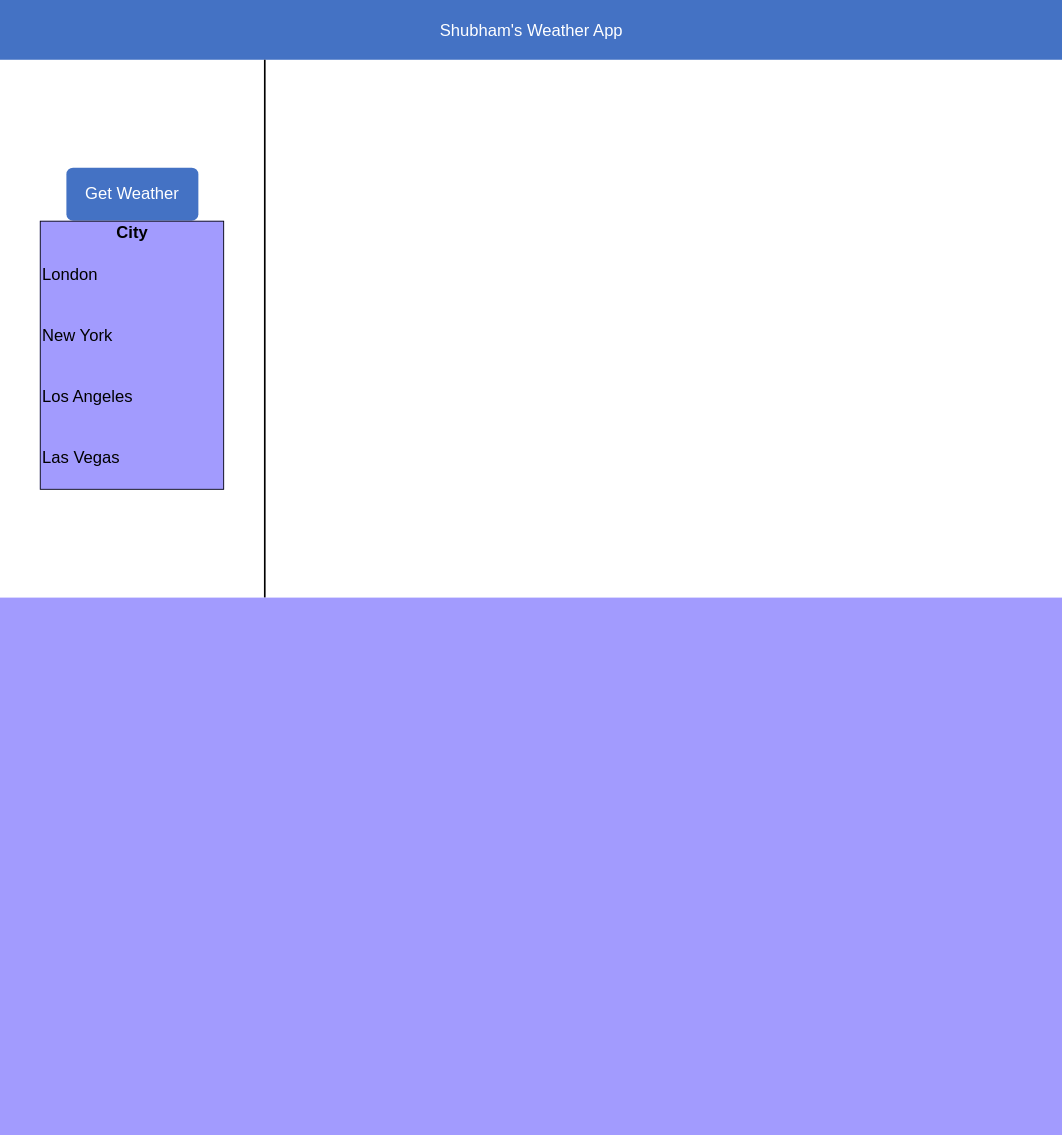
Repository: hey-shubham/WeatherAPI
Page: index.html
These files come from the project's save history. The page is drawn as it stood at one moment and after the next save; the edit follows.
The browser window is 1280 px wide. The pictures show the whole page, at 83% of full size.

Above is the page before, as saved 2022-03-28 20:38:37.

### index.html
<!DOCTYPE html>
<html lang="en">
  <head>
    <meta charset="UTF-8" />
    <meta http-equiv="X-UA-Compatible" content="IE=edge" />
    <meta name="viewport" content="width=device-width, initial-scale=1.0" />
    <title>Weather API</title>
    <script src="script.js" defer></script>
    <link rel="stylesheet" href="style.css" />
  </head>
  <body>
    <div class="weather-app">
      <header>Shubham's Weather App</header>
      <main>
        <aside>
          <button>Get Weather</button>
          <table>
            <thead>
              <tr>
                <th>City</th>
              </tr>
            </thead>
            <tbody>
              <tr>
                <td>London</td>
              </tr>
              <tr>
                <td>New York</td>
              </tr>
              <tr>
                <td>Los Angeles</td>
              </tr>
              <tr>
                <td>Las Vegas</td>
              </tr>
            </tbody>
          </table>
        </aside>
        <div class="content"></div>
      </main>
    </div>
  </body>
</html>

### style.css

*{
    margin: 0;
    padding: 0;
    box-sizing: border-box;
    font-family: sans-serif;
    font-size: 20px;
}
html,body{
    height: 100vh;
    width: 100vw;
}
.weather-app header{
    height: 10vh;
    background-color: #4472C4;
    display: flex;
    justify-content: center;
    align-items: center;
    color: #ffffff;
}
.weather-app main{
    height: 90vh;
    /* background-color: blue; */
}
.weather-app aside{
    height: 100%;
    width: 25%;
    border-right: 2px solid black;
    /* background-color: red; */
    display: flex;
    flex-direction: column;
    justify-content: center;
    align-items: center;
}
.weather-app aside button{
    height: 10%;
    width: 50%;
    border-radius: 8px;
    border-style: none;
    color: white;
    background-color: #4472C4;
}
aside table{
    height: 50%;
    width: 70%;
    background-color: #a29bfe;
    border: 1px solid black;
}
.weather-app .content{
    height: 100%;
    background-color: #a29bfe;
}

Loaded but not shown: script.js (no copy from this time; the picture is the same without it)

After the next save:
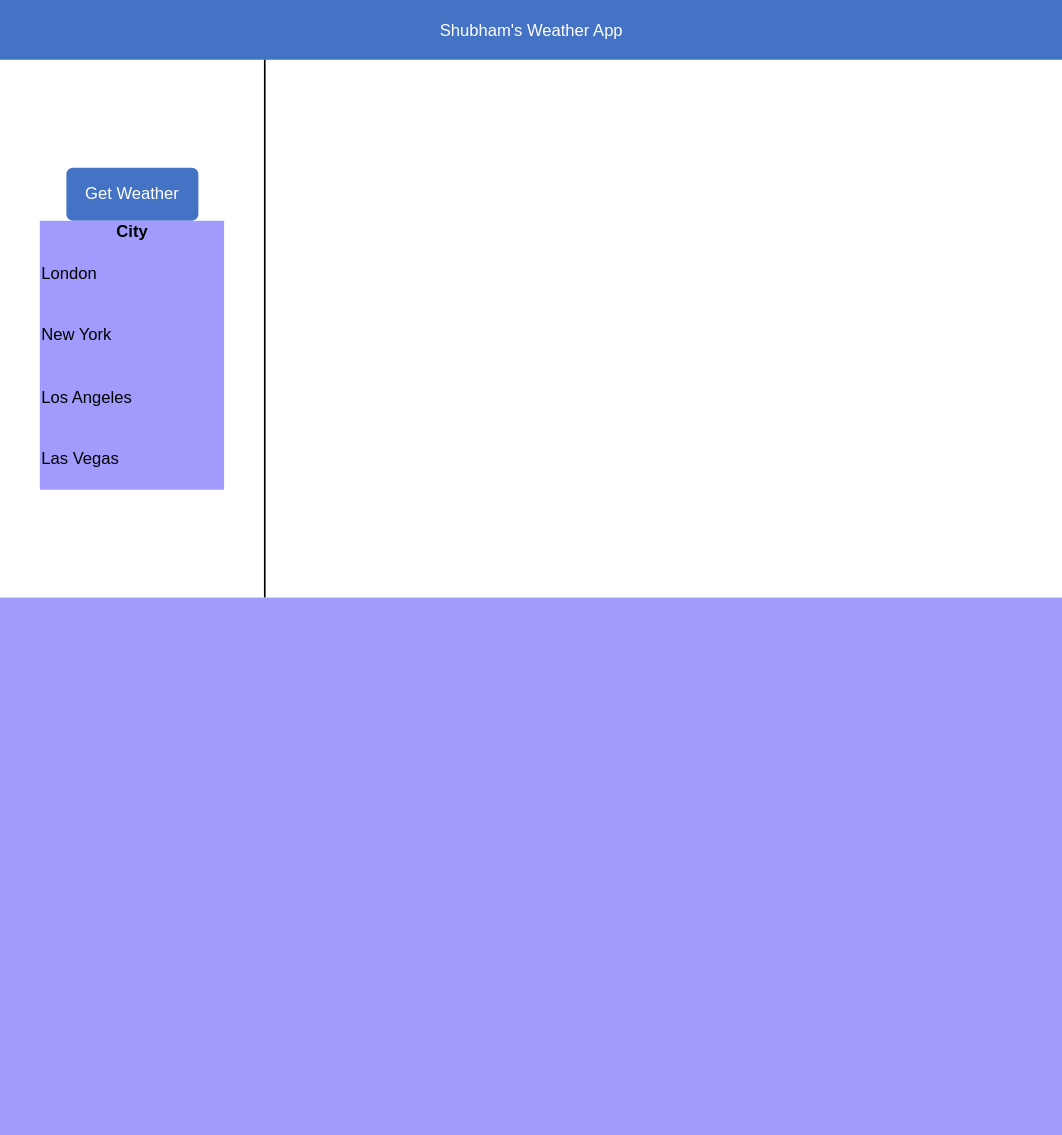
Saved 14 s later.
--- a/style.css
+++ b/style.css
@@ -44,7 +44,6 @@ aside table{
     height: 50%;
     width: 70%;
     background-color: #a29bfe;
-    border: 1px solid black;
 }
 .weather-app .content{
     height: 100%;
